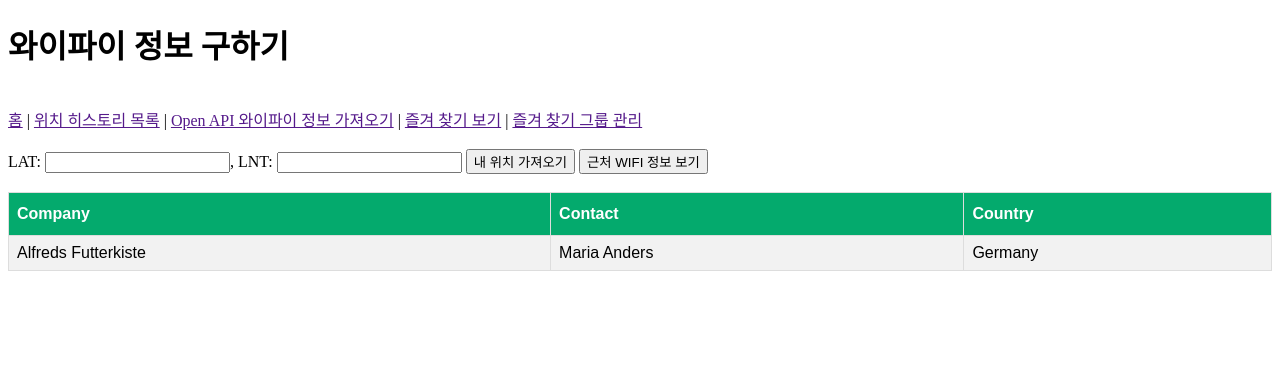
Repository: WooHyun94/Mission1_WIFI
Page: http://localhost/Mission1-WIFI/
An editor plug-in stored every save of this project. The page is shown before and after the next save, followed by the edit.
The browser window is 1280 px wide. The pictures show the whole page.
The page is served by Tomcat 9.

Above is the page before, as saved 2023-09-26 16:07:46.

### Mission1-WIFI/src/main/webapp/index.jsp
<%@ page language="java" contentType="text/html; charset=UTF-8"
    pageEncoding="UTF-8"%>
<!DOCTYPE html>
<html>
<head>
<meta charset="UTF-8">
<title>Insert title here</title>
<style>
#customers {
  font-family: Arial, Helvetica, sans-serif;
  border-collapse: collapse;
  width: 100%;
}

#customers td, #customers th {
  border: 1px solid #ddd;
  padding: 8px;
}

#customers tr:nth-child(even){background-color: #f2f2f2;}

#customers tr:hover {background-color: #ddd;}

#customers th {
  padding-top: 12px;
  padding-bottom: 12px;
  text-align: left;
  background-color: #04AA6D;
  color: white;
}
</style>
</head>
<body>
	<h1>와이파이 정보 구하기</h1>
	<br>
	<a href=''>홈</a>
	|
	<a href=''>위치 히스토리 목록</a>
	|
	<a href=''>Open API 와이파이 정보 가져오기</a>
	|
	<a href=''>즐겨 찾기 보기</a>
	|
	<a href=''>즐겨 찾기 그룹 관리</a>
	<br><br>
	LAT: <input type="text" id="lat">,
	LNT: <input type="text" id="lnt">
	<button>내 위치 가져오기</button>
	<button>근처 WIFI 정보 보기</button>
	<br><br>
	<table id="customers">
	  <tr>
	    <th>Company</th>
	    <th>Contact</th>
	    <th>Country</th>
	  </tr>
	  <tr>
	    <td>Alfreds Futterkiste</td>
	    <td>Maria Anders</td>
	    <td>Germany</td>
	  </tr>
	</table>
</body>
</html>

After the next save:
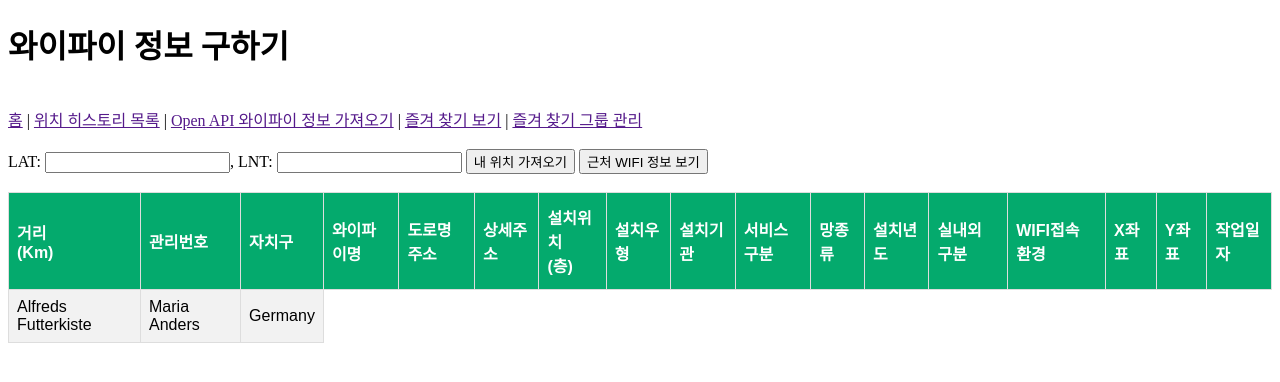
Saved 3 min 29 s later.
--- a/Mission1-WIFI/src/main/webapp/index.jsp
+++ b/Mission1-WIFI/src/main/webapp/index.jsp
@@ -50,9 +50,23 @@
 	<br><br>
 	<table id="customers">
 	  <tr>
-	    <th>Company</th>
-	    <th>Contact</th>
-	    <th>Country</th>
+	    <th>거리<br>(Km)</th>
+	    <th>관리번호</th>
+	    <th>자치구</th>
+	    <th>와이파이명</th>
+	    <th>도로명주소</th>
+	    <th>상세주소</th>
+	    <th>설치위치<br>(층)</th>
+	    <th>설치우형</th>
+	    <th>설치기관</th>
+	    <th>서비스구분</th>
+	    <th>망종류</th>
+	    <th>설치년도</th>
+	    <th>실내외 구분</th>
+	    <th>WIFI접속 환경</th>
+	    <th>X좌표</th>
+	    <th>Y좌표</th>
+	    <th>작업일자</th>
 	  </tr>
 	  <tr>
 	    <td>Alfreds Futterkiste</td>
